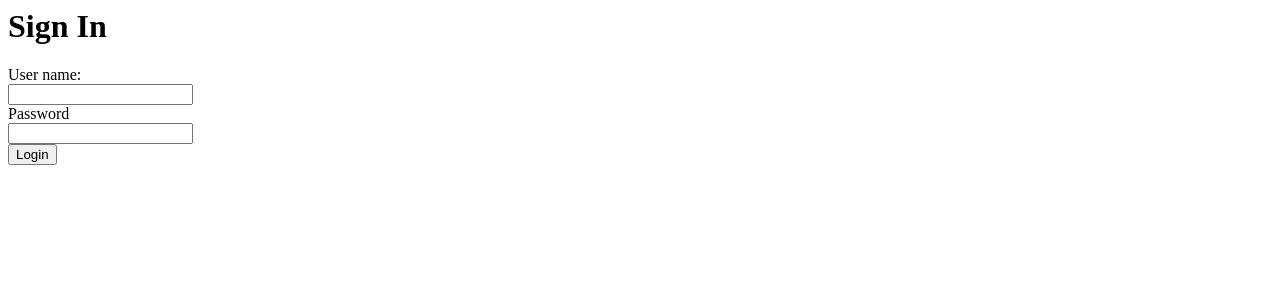
Repository: erjaimin/coding-ground
Page: http://localhost/Assignment03/login.jsp
These files come from the project's save history. The page is drawn as it stood at one moment and after the next save; the edit follows.
The browser window is 1280 px wide. The pictures show the whole page.
The page is served by Tomcat 9. Nobody is signed in. The application's start-up code is not run.

Above is the page before, as saved 2017-11-25 17:46:57.

After the next save:
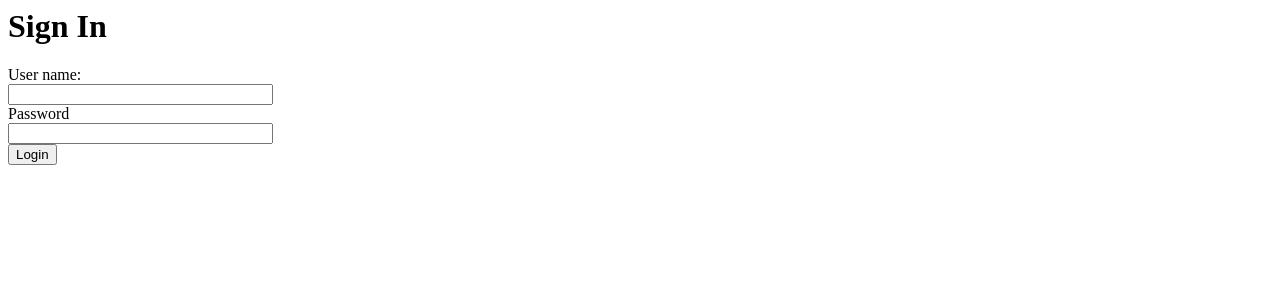
Saved 24 s later.
--- a/Abde_Fatani/Assignment03/WebContent/login.jsp
+++ b/Abde_Fatani/Assignment03/WebContent/login.jsp
@@ -12,10 +12,10 @@
 
 	<form action="j_security_check" method="post" name="loginForm">
 	    <label for="user">User name:</label>
-	    <input id="user" type="text" name="j_username" size="20">
+	    <input id="user" type="text" name="j_username" size="30">
 
 	    <label for="password">Password </label>
-	    <input id="password" type="password" name="j_password" size="20">
+	    <input id="password" type="password" name="j_password" size="30">
 
 	    <input type="submit" value="Login">
 	</form>
